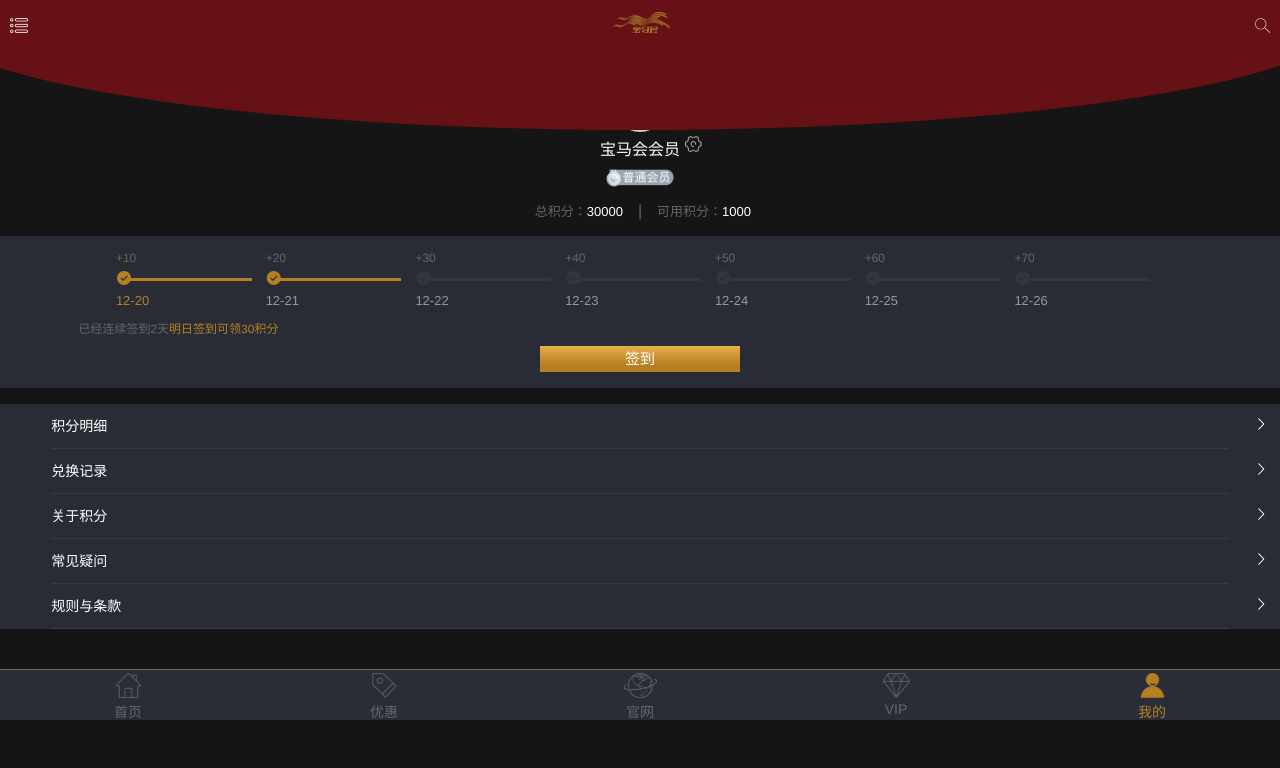
Repository: ada6688/IntegralMall
Page: /Member
The author's editor kept a copy of each file at every save. The page is drawn from the files as they stood at one save, then again after the next save.
The browser window is 1280 px wide. The pictures show the whole page.
The project was rebuilt for these pictures with package versions that can differ from the ones it lists, and the page was loaded fresh each time. Also part of the build but not shown: src/components/page/notice.vue, src/components/page/shouye.vue, src/components/page/Vip.vue, src/components/page/Youhui.vue, src/router/index.js.

Above is the page before, as saved 2020-01-04 19:34:22.

### index.html
<!DOCTYPE html>
<html>
  <head>
    <meta charset="utf-8">
    <meta name="viewport" content="width=device-width,initial-scale=1.0">
    <title>integralmall</title>
  </head>
  <body>
    <div id="app"></div>
    <!-- built files will be auto injected -->
  </body>
</html>

### src/main.js
// The Vue build version to load with the `import` command
// (runtime-only or standalone) has been set in webpack.base.conf with an alias.
import Vue from 'vue'
import App from './App'
import router from './router'
import ElementUI from 'element-ui'
import 'element-ui/lib/theme-chalk/index.css'
import {Cell, CellGroup, Tabbar, TabbarItem, PullRefresh, Stepper, Tab, Tabs, Button, Row, Col, Swipe, SwipeItem, Lazyload, List, Field, NavBar} from 'vant'
import '../src/assets/css/common.css'
import '../src/assets/css/index.css'
import 'swiper/dist/css/swiper.css'
import VueAwesomeSwiper from 'vue-awesome-swiper'
// import BScroll from 'better-scroll'

// Vue.use(BScroll)
Vue.use(VueAwesomeSwiper)
Vue.use(ElementUI)
Vue.use(Cell).use(CellGroup).use(Tabbar).use(TabbarItem).use(Stepper).use(PullRefresh).use(Tab).use(Tabs).use(Field).use(NavBar).use(Button).use(Row).use(Col).use(Swipe).use(SwipeItem).use(Lazyload).use(List)

Vue.config.productionTip = false

/* eslint-disable no-new */
new Vue({
  el: '#app',
  router,
  components: {
    App
  },
  template: '<App/>'
})
router.beforeEach((to, from, next) => {
  let str = '<p>个人中心</p>'
  if (to.meta.title) {
    document.getElementById('top-logo-change').innerHTML = to.meta.title
    if (to.meta.title === str) {
      document.getElementById('top-nav-right').innerHTML = '<img src="/static/topnav/kf.png" alt="搜索">'
    } else {
      document.getElementById('top-nav-right').innerHTML = '<img src="/static/topnav/ss.png" alt="搜索">'
    }
    // document.title = to.meta.title
  }
  next()
})

### src/App.vue
<template>
  <div id="app">
    <TopNav></TopNav>
    <router-view/>
    <BottomNav></BottomNav>
  </div>
</template>

<script>
import BottomNav from '@/components/common/Bottomnav'
import TopNav from '@/components/common/Topnav'
export default {
  name: 'App',
  components: {
    BottomNav,
    TopNav
  }
}
</script>

<style>
#app {
  font-family: 'Avenir', Helvetica, Arial, sans-serif;
  -webkit-font-smoothing: antialiased;
  -moz-osx-font-smoothing: grayscale;
  text-align: center;
  color: #2c3e50;
  background: #151515;
  height: 100vh;
}
</style>

### src/assets/css/common.css
body,p,ul{
  margin: 0;
  padding: 0;
}
li{
  list-style: none;
}
/* 顶部栏 */
.top-nav{
  width: 100%;
  height: 3rem;
  line-height: 3.5rem;
  background-color: #671116;
  position: fixed;
  top: 0;
  z-index: 99;
}
.top-nav-logo{
  color: #B58024;
}
.top-nav > div{
  display: inline-block;
  height: 100%;
}
.top-nav-left{
  float: left;
  margin-left: 10px;
}
.top-nav-right{
  float: right;
  margin-right: 10px;
}
.banner-item > img{
  width: 100%;
}
.swiper-container{
  height: 7.28rem;
}
.top-nav-t{
  color: #B58024;
}
/* 每个一级页面共有class */
.main-wrap{
  margin-top: 3rem;
  margin-bottom: 3.125rem;
  background: #151515;
}
/* 公告 */
.Notice-sign{
  width: 2rem;
  height: 100%;
  background: url('../images/topnav/lb.png') center no-repeat;
  float: left;
  box-shadow: 1px 0px 5px rgba(0,0,0,0.8);
}
.Notice-textBox {
  width: 100%;
  height: 1.3rem;
  line-height: 1.3rem;
  font-size: .5rem;
  color: #999999;
  background: #2A2D36;
  overflow: hidden;
  position: relative;
  text-align: left;
  z-index: 9;
}
.Notice-text {
  width: 100%;
  padding-left: 42px;
  position: absolute;
  bottom: 0;
}
.slide-enter-active, .slide-leave-active {
  transition: all 0.5s linear;
}
.slide-enter{
  transform: translateY(20px) scale(1);
  opacity: 1;
}
.slide-leave-to {
  transform: translateY(-20px) scale(0.8);
  opacity: 0;
}
/* 底部导航 */
.bottom-tab{
  width:100%;
  height:3.125rem;
  background-color:#2A2D36;
  border-top: 1px solid #656666;
  position: fixed;
  left:0px;
  bottom:0px;
}
.tab-item{
  width: 20%;
  float: left;
  align-items:center;
  justify-content:center;
  font-size:14px;
  color:#666;
  z-index: 999;
}
.NavSigh{
    width:33px;
    margin-top:3px;
}
.on{
  color:#b58023;
}

### src/assets/css/index.css
/****************** 首页商品 *****************/
.products-item{
  width: 46.9%;
  height: 100px;
  padding-right: 2.9%;
  border-right: 1px solid #161616;
  border-bottom: 1px solid #161616;
  background: #292C35;
  float: left;
}
.products-item-even{
  width: 46.9%;
  height: 100px;
  border-bottom: 1px solid #161616;
  background: #292C35;
  padding-left: 2.9%;
  float: left;
}
.product-item-text{
  width: 50%;
  height: 70px;
  color: #ffffff;
  margin-top: 15px;
  float: left;
  text-align: left;
}
.product-item-text p{
  height: 43px;
  font-size: 15px;
  margin-bottom: 5px;
  display: -webkit-box;/*作为弹性伸缩盒子模型显示*/
  -webkit-line-clamp: 2; /*显示的行数；如果要设置2行加...则设置为2*/
  overflow: hidden; /*超出的文本隐藏*/
  text-overflow: ellipsis; /* 溢出用省略号*/
  -webkit-box-orient: vertical;
}
.product-item-text span{
  color: #B58024;
  font-size: 13px;
}
.product-item-img{
  width: 12%;
  height: 100px;
  display: table-cell;
  vertical-align: middle;
  /* float: left; */
}
.product-item-img img{
  max-width: 100%;
}
/******************* 优惠 *******************/
.yh-wrap div{
  padding: 1rem 1rem 0 1rem;
}
.yh-wrap img{
  width: 100%;
}
/******************* VIP *******************/
.level-welfare-wrap, .level-require-wrap{
  padding-bottom: 20px;
}
.VipTop-level-sign{
  display: inline-block;
}
.VipTop-level-text{
  position: absolute;
  bottom: -5px;
}
.vip-level-wrap ul li{
  float: left;
  width: 33.33%;
  height: 79px;
}
.vip-level-wrap ul div{
  width: 34px;
  height: 34px;
  border: 1px solid #CCCCCC;
  border-radius: 17px;
  margin-bottom: 9px;
  display: inline-block;
  vertical-align: middle;
}
.vip-level-wrap ul img{
  margin-top: 7px;
}
.vip-level-wrap ul li>p{
  color: #CCCCCC;
  font-size: 13px;
}
.Vip-level-T{
  color: #ffffff;
  font-size: 16px;
  font-weight: bold;
  text-align: left;
  padding: 15px 0 10px 17px;
  background: #2A2C35;
}
.Vip-level-tips{
  color: #F5BF1B;
  font-size: 13px;
  text-align: left;
  padding: 15px 20px 10px 17px;
  background: #2A2C35;
}
.level-rules-wrap{
  color: #CCCCCC;
  font-size: 12px;
  background: #2A2C35;
  text-align: left;
  padding: 15px 17px 16px 17px;
  margin-bottom: 50px;
}
.level-rules-wrap span{
  font-size: 16px;
  color: #ffffff;
  display: inline-block;
  margin-bottom: 9px;
}
.level-rules-wrap p{
  line-height: 24px;
  /* margin-top: 5px; */
}
.level-rules-wrap p:last-child{
  margin-bottom: 10px;
}
/******************* 个人中心 *******************/
.member-half-circle{
  width: 111%;
  height: 31%;
  border-radius: 50%;
  position: fixed;
  top: -13%;
  background: #661115;
  left: -5.8%;
}
.member-wrap{
  padding-top: 30px;
}
.member-img > img{
  width: 7vh;
  height: 7vh;
  border-radius: 100%;
  border: 2px solid #CCCCCC;
}
.member-name{
  color: #ffffff;
  font-size: 16px;
  position: relative;
}
.member-name img{
  position: absolute;
  margin-left: 5px;
  bottom: 8px;
}
.member-level-sign{
  margin: 8px 0 10px 0;
}
.member-integral{
  text-align: center;
}
.member-integral-slice{
  display: inline-block;
  color: #666666;
  margin: 0 15px;
}
.member-integral span{
  font-size: 13px;
  color: #ffffff;
}
.member-integral p{
  font-size: 13px;
  color: #666666;
  display: inline-block;
}
.member-total{
  width: 42%;
  display: inline-block;
  text-align: right;
}
.member-useful{
  width: 42%;
  display: inline-block;
  text-align: left;
}
.member-signIn{
  background: #2A2C35;
  padding: 15px 1rem 1rem 1rem;
  margin: 16px 0;
}
.member-signIn-status-1{
  width: 12%;
  text-align: left;
  display: inline-block;
}
.member-signIn-in{
  color: #666666;
  font-size: 12px;
  margin-bottom: 5px;
}
.member-signIn-date{
  color: #999899;
  font-size: 13px;
  margin-top: 5px;
}
.member-signIn-date-active{
  color: #B58024;
  font-size: 13px;
  margin-top: 5px;
}
.el-icon-success{
  color: #34363D;
}
.member-signIn-line{
  width: 84%;
  height: 3px;
  display: inline-block;
  background: #34363D;
  margin: 0 -34px 3px -6px;
}
.member-signIn-icon-active{
  color: #B58024 !important;
}
.member-signIn-active{
  background: #B58024 !important;
}
.member-signIn-tips{
  font-size: 12px;
  text-align-last: justify;
  padding: 0 5%;
  margin-top: 10px;
}
.member-signIn-tips p{
  display: inline-block;
}
.member-signIn-tips p:first-child{
  color: #666666;
}
.member-signIn-tips p:last-child{
  color: #B58024;
}
.member-signIn-button{
  width:200px;
  height:26px;
  line-height: 26px;
  color: #ffffff;
  font-size: 15px;
  margin: 0 auto;
  background:linear-gradient(0deg,rgba(181,128,36,1) 26%,rgba(231,174,75,1) 100%);
  margin-top: 10px;
}
.member-more-detail{
  width: 92%;
  line-height: 44px;
  color: #ffffff;
  background: #2A2C35;
  padding: 0 4%;
}
.member-jifen,.member-duihuan,.member-guanyu,.member-yiwen,.member-guize{
  height: 44px;
  border-bottom: 1px solid #373B45;
}
.member-jifen-T{
  font-size: 14px;
  float: left;
  margin-right: 66%;
}
.el-icon-arrow-right{
  width: 7px;
  height: 7px;
  position: absolute;
  right: 20px;
  margin-top: 12px;
}

### src/components/common/Bottomnav.vue
<template>
  <div class="bottom-tab">
    <div class="tab-item" @click="switchTo('/shouye')">
      <img class="NavSigh" :src="'/shouye' === $route.path ? tabBarImgArr[0].selected : tabBarImgArr[0].normal" alt="首页">
      <p :class="{on: '/shouye' === $route.path}">首页</p>
    </div>
    <div class="tab-item" @click="switchTo('/Youhui')">
      <img class="NavSigh" :src="'/Youhui' === $route.path ? tabBarImgArr[1].selected : tabBarImgArr[1].normal" alt="推荐">
      <p :class="{on: '/Youhui' === $route.path}">优惠</p>
    </div>
    <div class="tab-item">
      <img class="NavSigh" :src="'/' === $route.path ? tabBarImgArr[2].selected : tabBarImgArr[2].normal" alt="搜索">
      <p :class="{on: '/' === $route.path}">官网</p>
    </div>
    <div class="tab-item" @click="switchTo('/Vip')">
      <img class="NavSigh" :src="'/Vip' === $route.path ? tabBarImgArr[3].selected : tabBarImgArr[3].normal" alt="聊天">
      <p :class="{on: '/Vip' === $route.path}">VIP</p>
    </div>
    <div class="tab-item" @click="switchTo('/Member')">
      <img class="NavSigh" :src="'/Member' === $route.path ? tabBarImgArr[4].selected : tabBarImgArr[4].normal" alt="我的">
      <p :class="{on: '/Member' === $route.path}">我的</p>
    </div>
  </div>
</template>
<script>
export default {
  data () {
    return {
      tabBarImgArr: [
        {normal: require('../../assets/images/navLogo/sy_x.png'), selected: require('../../assets/images/navLogo/sy.png')},
        {normal: require('../../assets/images/navLogo/yh_x.png'), selected: require('../../assets/images/navLogo/yh.png')},
        {normal: require('../../assets/images/navLogo/gw_x.png'), selected: require('../../assets/images/navLogo/gw.png')},
        {normal: require('../../assets/images/navLogo/zs_x.png'), selected: require('../../assets/images/navLogo/zs.png')},
        {normal: require('../../assets/images/navLogo/wd_x.png'), selected: require('../../assets/images/navLogo/wd.png')}
      ]
    }
  },
  methods: {
    switchTo (path) {
      this.$router.replace(path)
    }
  }
}
</script>
<style>

</style>

### src/components/common/Topnav.vue
<template>
  <div class="top-nav">
    <div class="top-nav-left">
      <img src="../../assets/images/topnav/cd.png" alt="菜单">
    </div>
    <div id="top-logo-change" class="top-nav-logo">
      <img src="../../assets/images/topnav/logo.png" alt="logo">
    </div>
    <div id="top-nav-right" class="top-nav-right">
      <img src="../../assets/images/topnav/ss.png" alt="搜索">
    </div>
  </div>
</template>
<script>
export default {
  data () {
    return {
      tabBarImgArr: [
        {normal: require('../../assets/images/topnav/logo.png')},
        {normal: require('../../assets/images/topnav/ss.png')},
        {normal: require('../../assets/images/topnav/cd.png')}
      ]
    }
  }
}
</script>
<style>

</style>

### src/components/page/Member.vue
<template>
  <div class="main-wrap">
    <div class="member-half-circle"></div>
    <div class="member-wrap">
      <!-- 会员信息 -->
      <div class="member-person-info">
        <!-- 会员头像 -->
        <div class="member-img">
          <img src="../../assets/images/products/hw.png" alt="">
        </div>
        <!-- 会员名称与设置图标 -->
        <p class="member-name">
          <span>宝马会会员</span>
          <img src="../../assets/images/member/sz.png" alt="">
        </p>
        <!-- 会员等级图标 -->
        <div class="member-level-sign">
          <img src="../../assets/images/member/pt.png" alt="">
        </div>
        <div class="member-integral">
          <div class="member-total">
            <p>总积分：</p>
            <span>30000</span>
          </div>
          <div class="member-integral-slice">|</div>
          <div class="member-useful">
            <p>可用积分：</p>
            <span>1000</span>
          </div>
        </div>
      </div>
      <!-- 签到 -->
      <div class="member-signIn">
        <div class="member-signIn-status">
          <!-- 签到进度条 -->
          <div class="member-signIn-status-1">
            <p class="member-signIn-in">+10</p>
            <i class="el-icon-success member-signIn-icon-active"></i>
            <span class="member-signIn-line member-signIn-active"></span>
            <p class="member-signIn-date-active">12-20</p>
          </div>
          <div class="member-signIn-status-1">
            <p class="member-signIn-in">+20</p>
            <i class="el-icon-success member-signIn-icon-active"></i>
            <span class="member-signIn-line member-signIn-active"></span>
            <p class="member-signIn-date">12-21</p>
          </div>
          <div class="member-signIn-status-1">
            <p class="member-signIn-in">+30</p>
            <i class="el-icon-success"></i>
            <span class="member-signIn-line"></span>
            <p class="member-signIn-date">12-22</p>
          </div>
          <div class="member-signIn-status-1">
            <p class="member-signIn-in">+40</p>
            <i class="el-icon-success"></i>
            <span class="member-signIn-line"></span>
            <p class="member-signIn-date">12-23</p>
          </div>
          <div class="member-signIn-status-1">
            <p class="member-signIn-in">+50</p>
            <i class="el-icon-success"></i>
            <span class="member-signIn-line"></span>
            <p class="member-signIn-date">12-24</p>
          </div>
          <div class="member-signIn-status-1">
            <p class="member-signIn-in">+60</p>
            <i class="el-icon-success"></i>
            <span class="member-signIn-line"></span>
            <p class="member-signIn-date">12-25</p>
          </div>
          <div class="member-signIn-status-1">
            <p class="member-signIn-in">+70</p>
            <i class="el-icon-success"></i>
            <span class="member-signIn-line"></span>
            <p class="member-signIn-date">12-26</p>
          </div>
          <div class="member-signIn-tips">
            <p>已经连续签到2天</p>
            <p>明日签到可领30积分</p>
          </div>
          <!-- 签到按钮 -->
          <div class="member-signIn-button">签到</div>
        </div>
      </div>
      <!-- 积分明细，兑换记录，积分详情疑问规则等 -->
      <div class="member-more-detail">
        <div class="member-jifen">
          <div  class="member-jifen-T">积分明细</div>
          <i class="el-icon-arrow-right"></i>
        </div>
        <div class="member-duihuan">
          <div  class="member-jifen-T">兑换记录</div>
          <i class="el-icon-arrow-right"></i>
        </div>
        <div class="member-guanyu">
          <div  class="member-jifen-T">关于积分</div>
          <i class="el-icon-arrow-right"></i>
        </div>
        <div class="member-yiwen">
          <div  class="member-jifen-T">常见疑问</div>
          <i class="el-icon-arrow-right"></i>
        </div>
        <div class="member-guize">
          <div  class="member-jifen-T">规则与条款</div>
          <i class="el-icon-arrow-right"></i>
        </div>
      </div>
    </div>
  </div>
</template>
<script>
export default {
  name: 'App',
  components: {
  },
  data () {
    return {
      active: 0
    }
  }
}
</script>
<style>

</style>

After the next save:
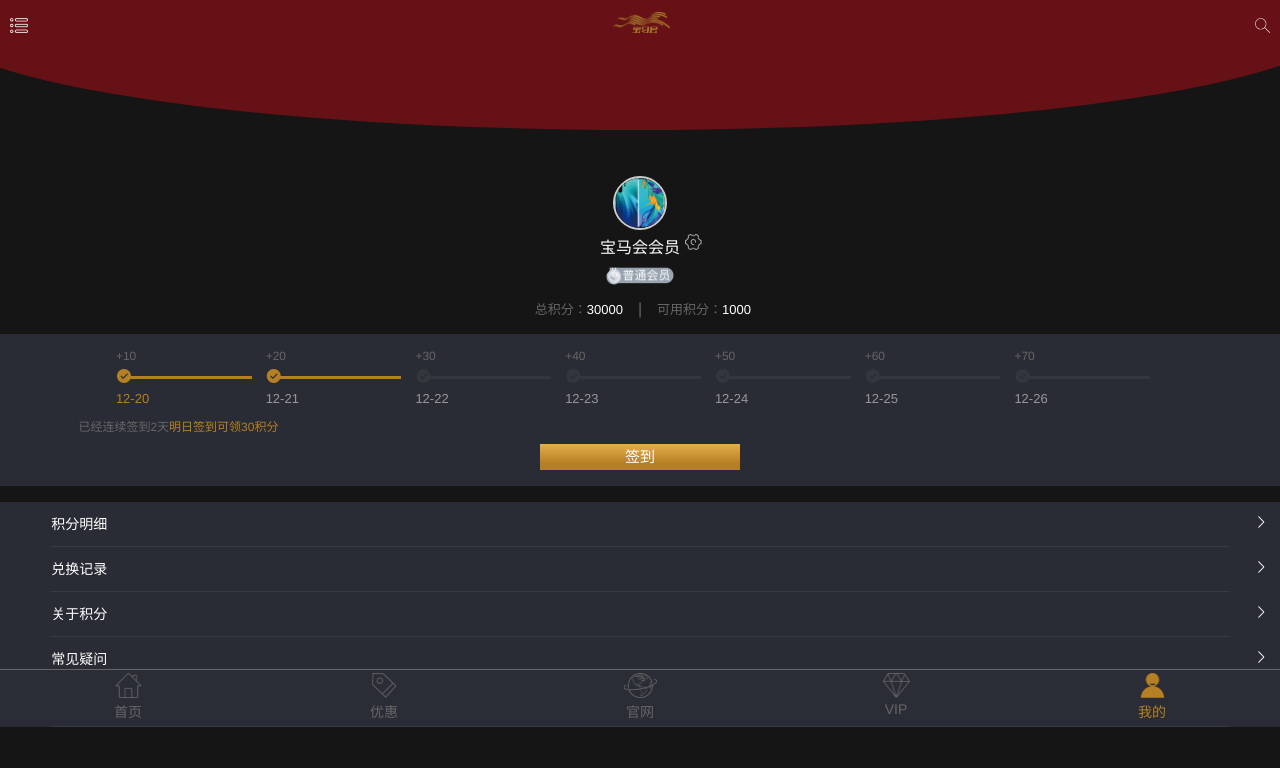
Saved 45 s later.
--- a/src/assets/css/index.css
+++ b/src/assets/css/index.css
@@ -134,7 +134,7 @@
   left: -5.8%;
 }
 .member-wrap{
-  padding-top: 30px;
+  padding-top: 10%;
 }
 .member-img > img{
   width: 7vh;
